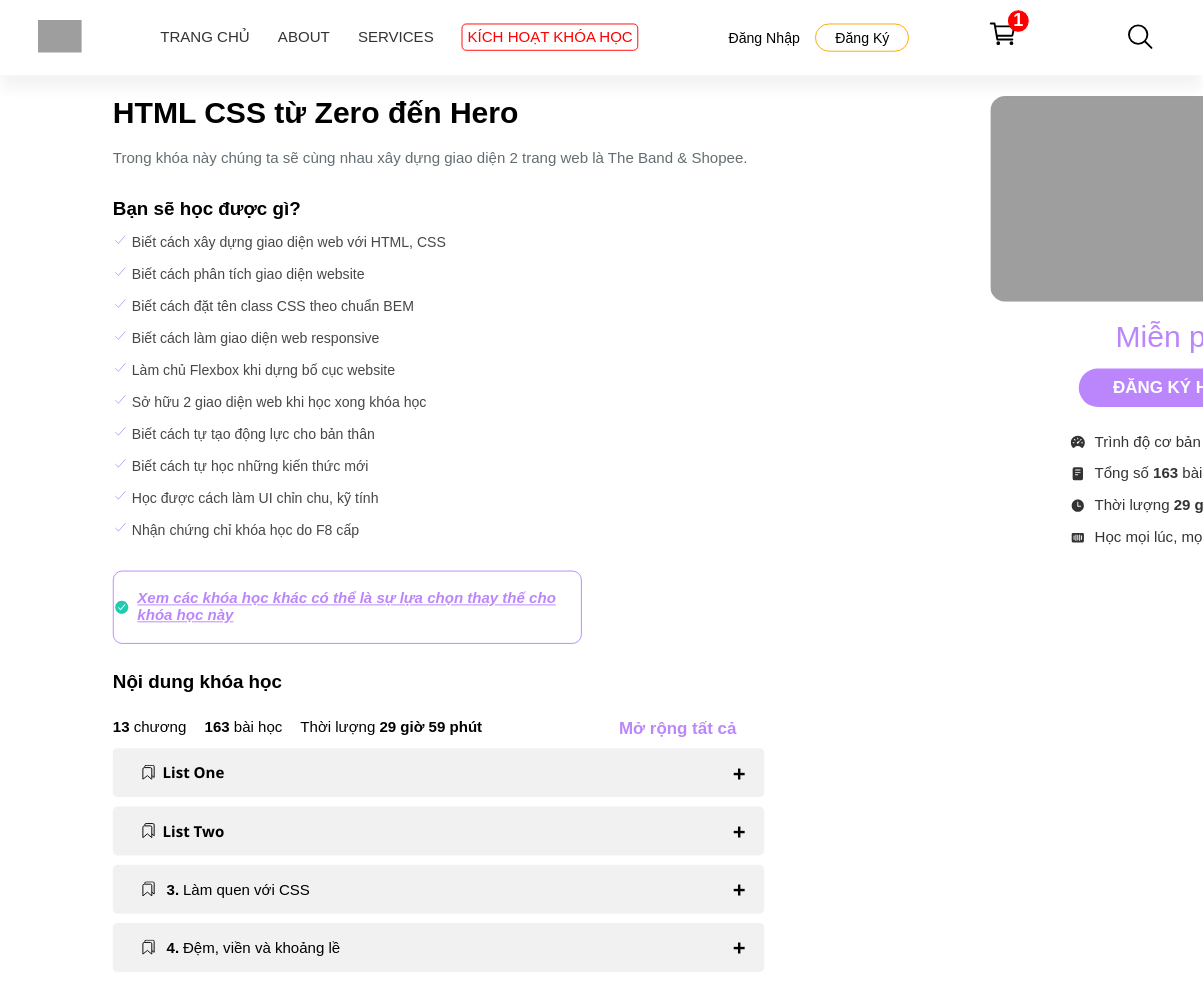
Repository: hoanghuuphuc/hoanghuuphuc
Page: details.html
The author's editor kept a copy of each file at every save. The page is drawn from the files as they stood at one save, then again after the next save.
The browser window is 1280 px wide. The pictures show the whole page, at 94% of full size.
Pictures or frames that could not be fetched are drawn as grey boxes.

Above is the page before, as saved 2022-12-12 00:38:14.
Console error: TypeError: Cannot read properties of null (reading 'style')

### details.html
<!DOCTYPE html>
<html lang="en">
  <head>
    <meta charset="UTF-8" />
    <meta http-equiv="X-UA-Compatible" content="IE=edge" />
    <meta name="viewport" content="width=device-width, initial-scale=1.0" />
    <title>Product-Details</title>
    <link rel="stylesheet" href="./style.css" />
    <link rel="stylesheet" href="./rps_mobile.css" />
    <link rel="preconnect" href="https://fonts.gstatic.com" />
  </head>
  <body>
    <header>
      <div class="logo">
        <a href="">
          <img id="img" src="./Img/logene.jfif" alt="" />
        </a>
      </div>
      <div class="group">
        <ul class="navigation">
          <li><a href="">Trang Chủ</a></li>
          <li><a href="">About</a></li>
          <li><a href="">Services</a></li>
          <li><a id="active" href="">Kích Hoạt Khóa Học</a></li>
        </ul>
      </div>
      <div class="User">
        <div class="but">
          <button>Đăng Nhập</button>
          <button>Đăng Ký</button>
        </div>
      </div>
      <div class="icons">
        <ion-icon name="cart-outline"></ion-icon>
        <span>1</span>
      </div>
      <div class="search">
        <span class="icon">
          <ion-icon name="search-outline" class="searchBtn"></ion-icon>
          <ion-icon name="close-outline" class="closeBtn"></ion-icon>
        </span>
      </div>
      <ion-icon name="menu-outline" class="menuToggle"></ion-icon>
      <div class="searchBox">
        <input type="text" placeholder="Search here . . ." />
      </div>
    </header>
    <div class="details-section">
      <div class="details-left">
        <div class="details-left-name">
          <h1>HTML CSS từ Zero đến Hero</h1>
          <span
            >Trong khóa này chúng ta sẽ cùng nhau xây dựng giao diện 2 trang web
            là The Band & Shopee.</span
          >
        </div>
        <span class="bonus">Bạn sẽ học được gì?</span>
        <div class="details-left-content">
          <ul>
            <li>
              <ion-icon name="checkmark-outline"></ion-icon>
              Biết cách xây dựng giao diện web với HTML, CSS
            </li>
            <li>
              <ion-icon name="checkmark-outline"></ion-icon>
              Biết cách phân tích giao diện website
            </li>
            <li>
              <ion-icon name="checkmark-outline"></ion-icon>
              Biết cách đặt tên class CSS theo chuẩn BEM
            </li>
            <li>
              <ion-icon name="checkmark-outline"></ion-icon>
              Biết cách làm giao diện web responsive
            </li>
            <li>
              <ion-icon name="checkmark-outline"></ion-icon>
              Làm chủ Flexbox khi dựng bố cục website
            </li>
          </ul>
          <ul>
            <li>
              <ion-icon name="checkmark-outline"></ion-icon>
              Sở hữu 2 giao diện web khi học xong khóa học
            </li>
            <li>
              <ion-icon name="checkmark-outline"></ion-icon>
              Biết cách tự tạo động lực cho bản thân
            </li>
            <li>
              <ion-icon name="checkmark-outline"></ion-icon>
              Biết cách tự học những kiến thức mới
            </li>
            <li>
              <ion-icon name="checkmark-outline"></ion-icon>
              Học được cách làm UI chỉn chu, kỹ tính
            </li>
            <li>
              <ion-icon name="checkmark-outline"></ion-icon>
              Nhận chứng chỉ khóa học do F8 cấp
            </li>
          </ul>
        </div>
        <div class="details-left-tag">
          <ion-icon name="checkmark-circle"></ion-icon>
          <a href="#">
            Xem các khóa học khác có thể là sự lựa chọn thay thế cho khóa học
            này
          </a>
        </div>
        <span class="cont">Nội dung khóa học</span>
        <div class="details-left-content-2">
          <div class="details-left-content-header1">
            <span class="sp"><strong>13</strong> chương</span>
            <span class="sp"><strong>163</strong> bài học</span>
            <span class="sp">Thời lượng <strong>29 giờ 59 phút</strong></span>
          </div>
          <div class="details-left-content-header2">
            <span>Mở rộng tất cả</span>
          </div>
        </div>
        <div class="accordion">
          <div class="contentBx">
            <div class="accordion-label">
              <ion-icon name="bookmarks-outline"></ion-icon>List One
            </div>
            <div class="accordion-content">
              <div class="accordion-content">
                <h3 style="padding: 5px 10px">4 bài học</h3>
                <table>
                  <tr>
                    <td>
                      <ion-icon name="play-circle"></ion-icon>
                      <span
                        ><strong>1. </strong>Bạn sẽ làm được gì sau khóa học
                        ?</span
                      >
                    </td>
                    <td>03:55</td>
                  </tr>
                </table>
              </div>
            </div>
          </div>
          <div class="contentBx">
            <div class="accordion-label">
              <ion-icon name="bookmarks-outline"></ion-icon>List Two
            </div>
            <div class="accordion-content">
              <div class="accordion-content">
                <h3 style="padding: 5px 10px">4 bài học</h3>
                <table>
                  <tr>
                    <td>
                      <ion-icon name="play-circle"></ion-icon>
                      <span
                        ><strong>1. </strong>Bạn sẽ làm được gì sau khóa học
                        ?</span
                      >
                    </td>
                    <td>03:55</td>
                  </tr>
                </table>
              </div>
            </div>
          </div>
          <div class="contentBx">
            <div class="accordion-label">
              <ion-icon name="bookmarks-outline"></ion-icon>
              <strong>3.</strong>
              <span>Làm quen với CSS</span>
            </div>
            <div class="accordion-content">
              <div class="accordion-content">
                <h3 style="padding: 5px 10px">4 bài học</h3>
                <table>
                  <tr>
                    <td>
                      <ion-icon name="play-circle"></ion-icon>
                      <span
                        ><strong>1. </strong>Bạn sẽ làm được gì sau khóa học
                        ?</span
                      >
                    </td>
                    <td>03:55</td>
                  </tr>
                </table>
              </div>
            </div>
          </div>
          <div class="contentBx">
            <div class="accordion-label">
              <ion-icon name="bookmarks-outline"></ion-icon>
              <strong>4.</strong>
              <span>Đệm, viền và khoảng lề</span>
            </div>
            <div class="accordion-content">
              <div class="accordion-content">
                <h3 style="padding: 5px 10px">4 bài học</h3>
                <table>
                  <tr>
                    <td>
                      <ion-icon name="play-circle"></ion-icon>
                      <span
                        ><strong>1. </strong>Bạn sẽ làm được gì sau khóa học
                        ?</span
                      >
                    </td>
                    <td>03:55</td>
                  </tr>
                </table>
              </div>
            </div>
          </div>
        </div>
      </div>
      <div class="details-right">
        <div class="details-right-video">
          <iframe
            width="389"
            height="219"
            src="https://www.youtube.com/embed/YTDHcEJs684"
            title="YouTube video player"
            frameborder="0"
            allow="accelerometer; autoplay; clipboard-write; encrypted-media; gyroscope; picture-in-picture"
            allowfullscreen></iframe>
        </div>
        <div class="details-right-content1">
          <span>Miễn phí</span>
          <button>ĐĂNG KÝ HỌC</button>
        </div>
        <div class="details-right-content2">
          <ul>
            <li>
              <ion-icon name="speedometer"></ion-icon
              ><span>Trình độ cơ bản</span>
            </li>
            <li>
              <ion-icon name="reader"></ion-icon>
              <span>Tổng số <strong>163</strong> bài học</span>
            </li>
            <li>
              <ion-icon name="time"></ion-icon>
              <span>Thời lượng <strong>29 giờ 59 phút</strong> </span>
            </li>
            <li>
              <ion-icon name="barcode"></ion-icon
              ><span> Học mọi lúc, mọi nơi </span>
            </li>
          </ul>
        </div>
      </div>
    </div>

    <script src="./app.js"></script>
    <script
      type="module"
      src="https://unpkg.com/ionicons@5.5.2/dist/ionicons/ionicons.esm.js"></script>
    <script
      nomodule
      src="https://unpkg.com/ionicons@5.5.2/dist/ionicons/ionicons.js"></script>
  </body>
</html>

Loaded but not shown: app.js (61 lines, source omitted); style.css (870 lines, source omitted); css/rps_mobile.css (no copy from this time; the picture is the same without it)

After the next save:
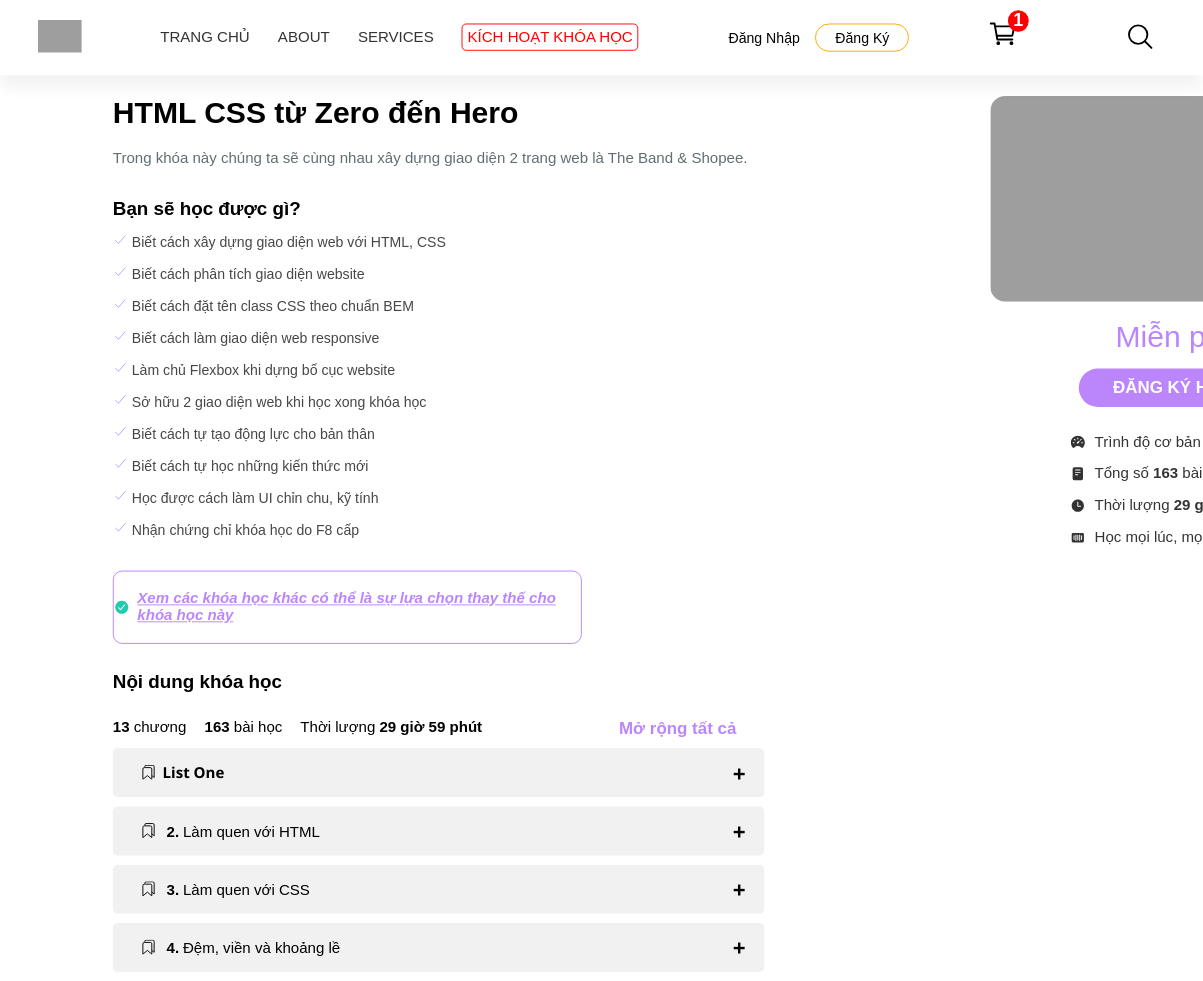
Saved 20 s later.
--- a/details.html
+++ b/details.html
@@ -144,7 +144,9 @@
           </div>
           <div class="contentBx">
             <div class="accordion-label">
-              <ion-icon name="bookmarks-outline"></ion-icon>List Two
+              <ion-icon name="bookmarks-outline"></ion-icon>
+              <strong>2.</strong>
+              <span>Làm quen với HTML</span>
             </div>
             <div class="accordion-content">
               <div class="accordion-content">
